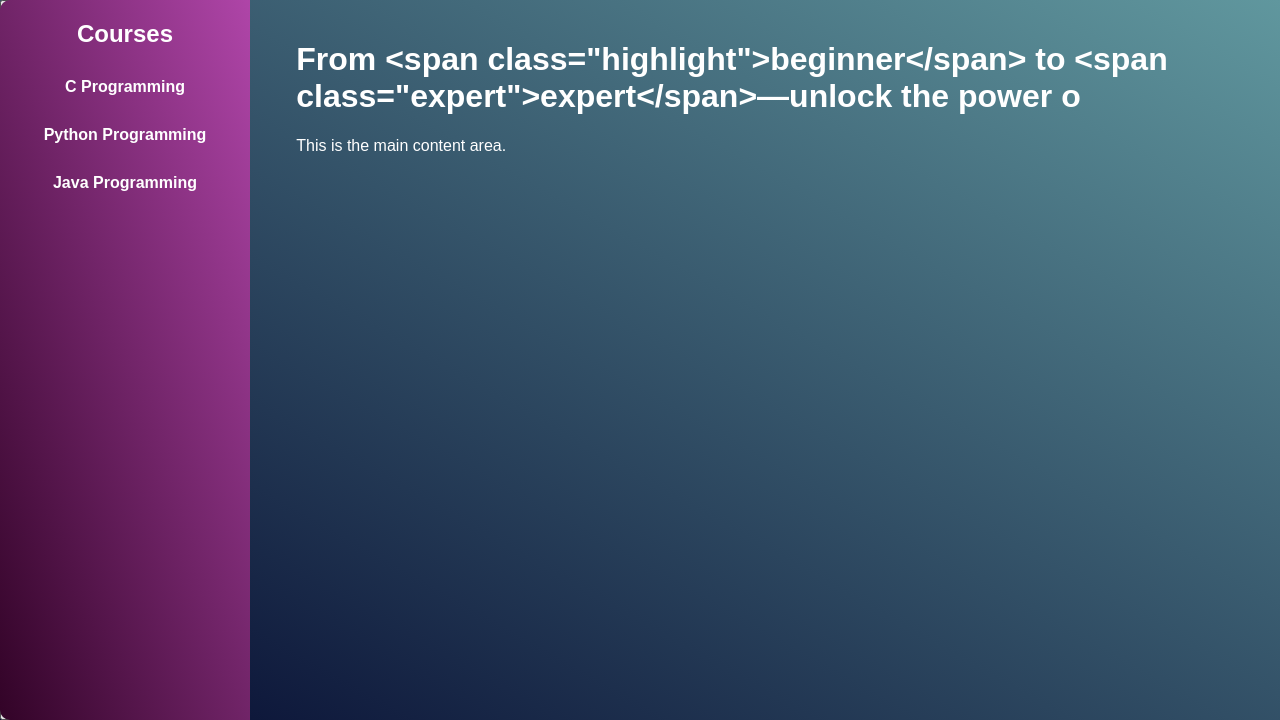
Repository: RishitSharma88/SeaGro
Page: templates/learningcourses.html
An editor plug-in stored every save of this project. The page is shown before and after the next save, followed by the edit.
The browser window is 1280 px wide. The pictures show the whole page.
The template is drawn by Flask 3. The application's start-up code is not run. The template is opened directly, without the code that normally fills it, so the values that code supplies are empty.

Above is the page before, as saved 2024-12-28 18:11:41.

After the next save:
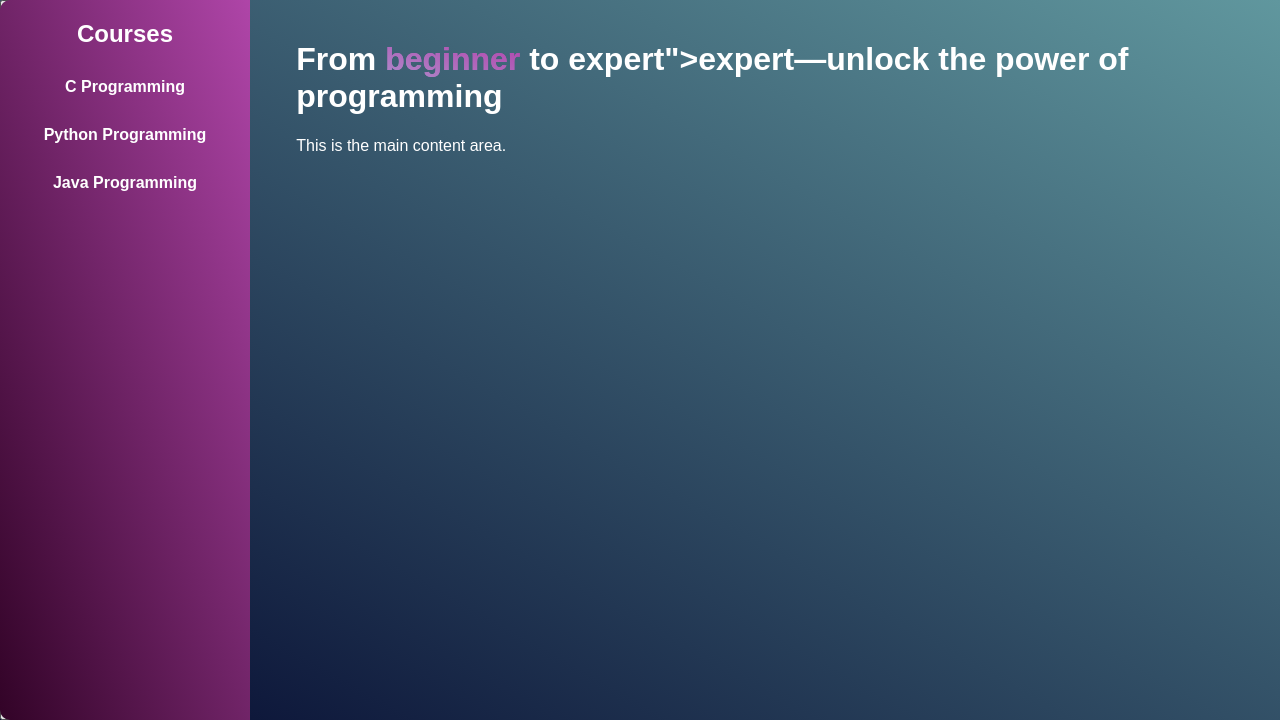
Saved 26 s later.
--- a/templates/learningcourses.html
+++ b/templates/learningcourses.html
@@ -162,7 +162,7 @@
     </div>
 
     <script>
-        const text = 'From <span class="highlight">beginner</span> to <span class="expert">expert</span>—unlock the power of programming';
+        const text = 'From beginner to expert—unlock the power of programming';
         let i = 0;
 
         function typeWriter() {
